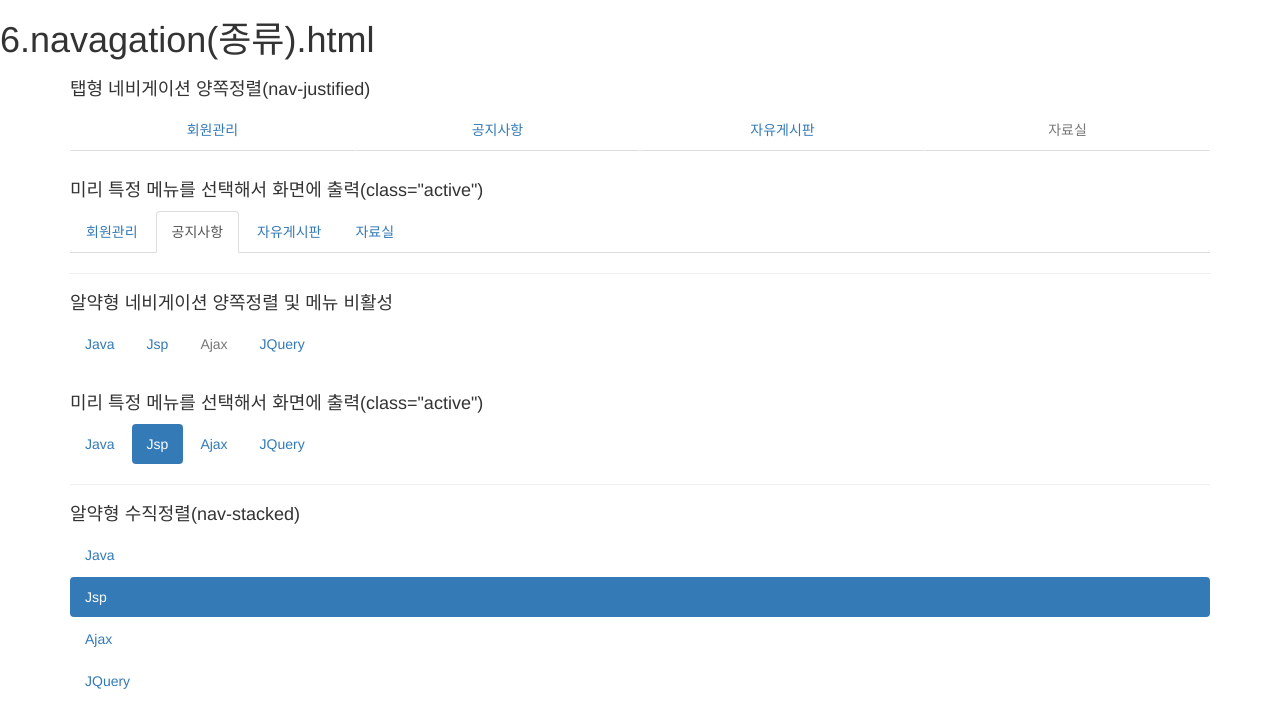
Repository: RYE415/4.jsp
Page: BootstrapTest/src/main/webapp/7.component/6.navagation(정렬).html
These files come from the project's save history. The page is drawn as it stood at one moment and after the next save; the edit follows.
The browser window is 1280 px wide. The pictures show the whole page.
Some web libraries are served in a nearby version.

Above is the page before, as saved 2022-08-10 02:32:17.

After the next save:
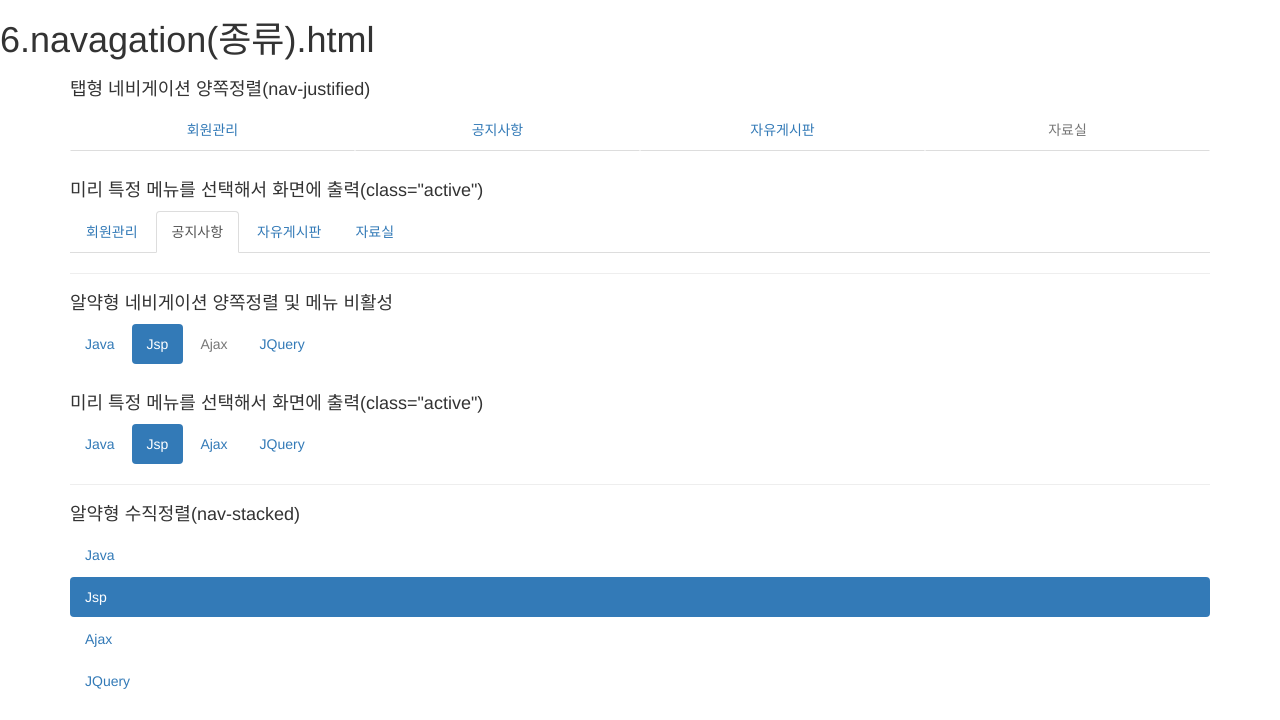
Saved 15 s later.
--- a/BootstrapTest/src/main/webapp/7.component/6.navagation(정렬).html
+++ b/BootstrapTest/src/main/webapp/7.component/6.navagation(정렬).html
@@ -47,7 +47,7 @@
     		<h4>알약형 네비게이션 양쪽정렬 및 메뉴 비활성</h4>
     		<ul class="nav nav-pills">
     			<li><a href="#">Java</a></li>
-    			<li><a href="#">Jsp</a></li>
+    			<li class="active"><a href="#">Jsp</a></li>
     			<li class="disabled"><a href="#">Ajax</a></li>
     			<li><a href="#">JQuery</a></li>
     		</ul>
